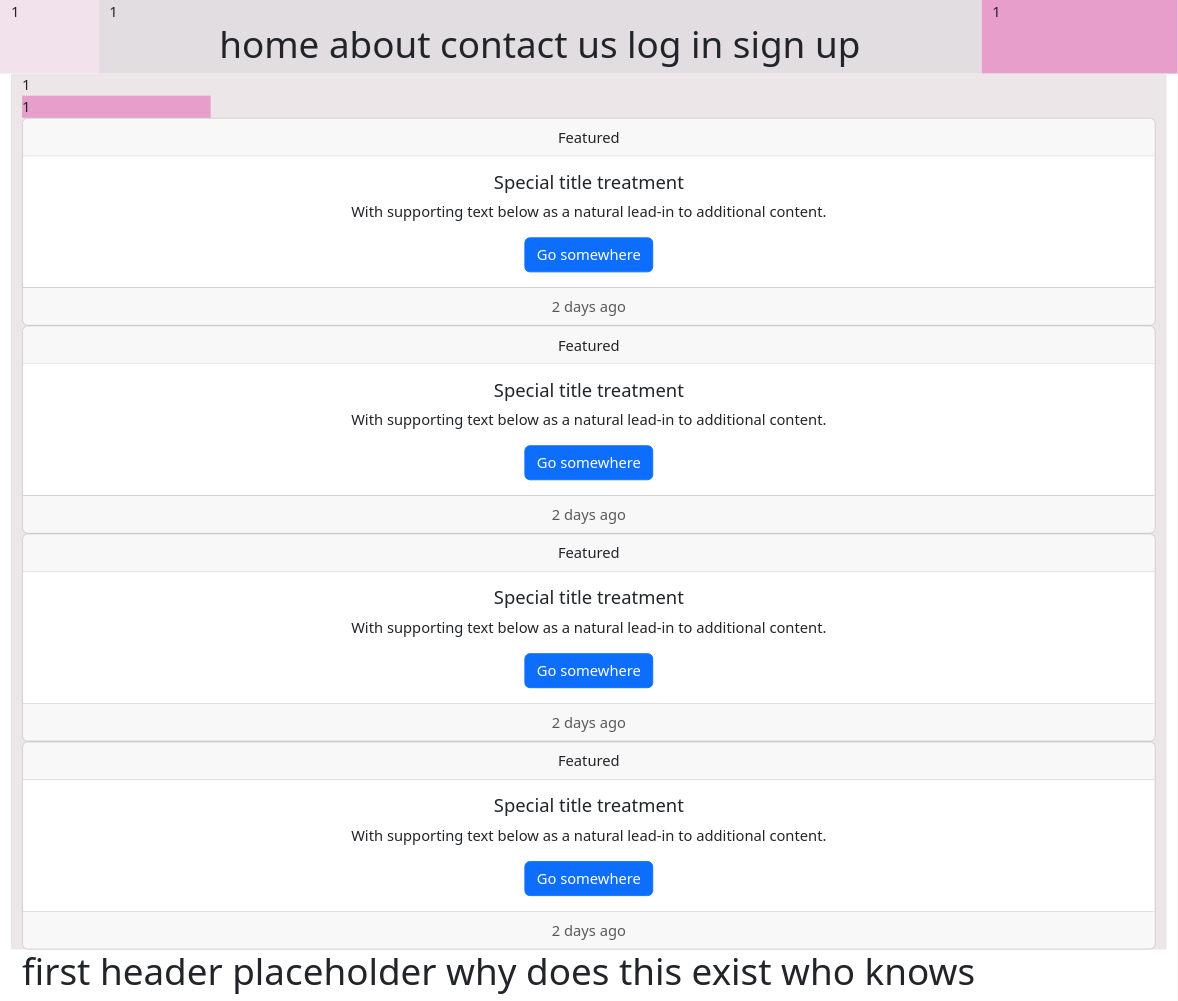
Repository: Treestr/classroom-assistant
Page: templates/homepage.html
These files come from the project's save history. The page is drawn as it stood at one moment and after a run of saves; the edit follows.
The browser window is 1280 px wide. The pictures show the whole page, at 92% of full size.
The template is drawn by Flask 3. The application's start-up code is not run. Other server files are loaded and not shown. The template is opened directly, without the code that normally fills it, so the values that code supplies are empty.

Above is the page before, as saved 2024-04-21 22:05:43.

### templates/homepage.html
<!DOCTYPE html>
<html lang="en">
  <head>
    <meta charset="utf-8" />
    <meta name="viewport" content="width=device-width, initial-scale=1" />
    <title>Bootstrap demo</title>
    <link
      href="https://cdn.jsdelivr.net/npm/bootstrap@5.3.3/dist/css/bootstrap.min.css"
      rel="stylesheet"
      integrity="sha384-QWTKZyjpPEjISv5WaRU9OFeRpok6YctnYmDr5pNlyT2bRjXh0JMhjY6hW+ALEwIH"
      crossorigin="anonymous"
    />
  </head>
  <body>
    <div class="container-fluid">


        <!-- first row -->
      <div class="row">
        <div class="col-1" style="background-color: rgb(242, 226, 236)">1</div>
          <div class="col-9" style="background-color: rgb(226, 221, 224)">1
          <h1><center>home about contact us log in sign up </center></h1>
        </div>
           <div class="col-2" style="background-color: rgb(232, 158, 202)">1</div>
      </div>

      <!-- second container -->
      <div class="container-fluid">
    <div class="row">
        <div class="col-12" style="background-color: rgb(236, 230, 233)">1
            <div class="col-2" style="background-color: rgb(232, 158, 202)">1</div>





<div class="card text-center">
  <div class="card-header">
    Featured
  </div>
  <div class="card-body">
    <h5 class="card-title">Special title treatment</h5>
    <p class="card-text">With supporting text below as a natural lead-in to additional content.</p>
    <a href="#" class="btn btn-primary">Go somewhere</a>
  </div>
  <div class="card-footer text-body-secondary">
    2 days ago
  </div>
</div>

<div class="card text-center">
  <div class="card-header">
    Featured
  </div>
  <div class="card-body">
    <h5 class="card-title">Special title treatment</h5>
    <p class="card-text">With supporting text below as a natural lead-in to additional content.</p>
    <a href="#" class="btn btn-primary">Go somewhere</a>
  </div>
  <div class="card-footer text-body-secondary">
    2 days ago
  </div>
</div>

<div class="card text-center">
  <div class="card-header">
    Featured
  </div>
  <div class="card-body">
    <h5 class="card-title">Special title treatment</h5>
    <p class="card-text">With supporting text below as a natural lead-in to additional content.</p>
    <a href="#" class="btn btn-primary">Go somewhere</a>
  </div>
  <div class="card-footer text-body-secondary">
    2 days ago
  </div>
</div>
<div class="card text-center">
  <div class="card-header">
    Featured
  </div>
  <div class="card-body">
    <h5 class="card-title">Special title treatment</h5>
    <p class="card-text">With supporting text below as a natural lead-in to additional content.</p>
    <a href="#" class="btn btn-primary">Go somewhere</a>
  </div>
  <div class="card-footer text-body-secondary">
    2 days ago
  </div>
</div>





        </div>

    </div>
    <h1>first header placeholder why does this exist who knows</h1>
    <script
      src="https://cdn.jsdelivr.net/npm/bootstrap@5.3.3/dist/js/bootstrap.bundle.min.js"
      integrity="sha384-YvpcrYf0tY3lHB60NNkmXc5s9fDVZLESaAA55NDzOxhy9GkcIdslK1eN7N6jIeHz"
      crossorigin="anonymous"
    ></script>
    <script
      src="https://cdn.jsdelivr.net/npm/@popperjs/core@2.11.8/dist/umd/popper.min.js"
      integrity="sha384-I7E8VVD/ismYTF4hNIPjVp/Zjvgyol6VFvRkX/vR+Vc4jQkC+hVqc2pM8ODewa9r"
      crossorigin="anonymous"
    ></script>
    <script
      src="https://cdn.jsdelivr.net/npm/bootstrap@5.3.3/dist/js/bootstrap.min.js"
      integrity="sha384-0pUGZvbkm6XF6gxjEnlmuGrJXVbNuzT9qBBavbLwCsOGabYfZo0T0to5eqruptLy"
      crossorigin="anonymous"
    ></script>
  </body>
</html>

After the next 2 saves:
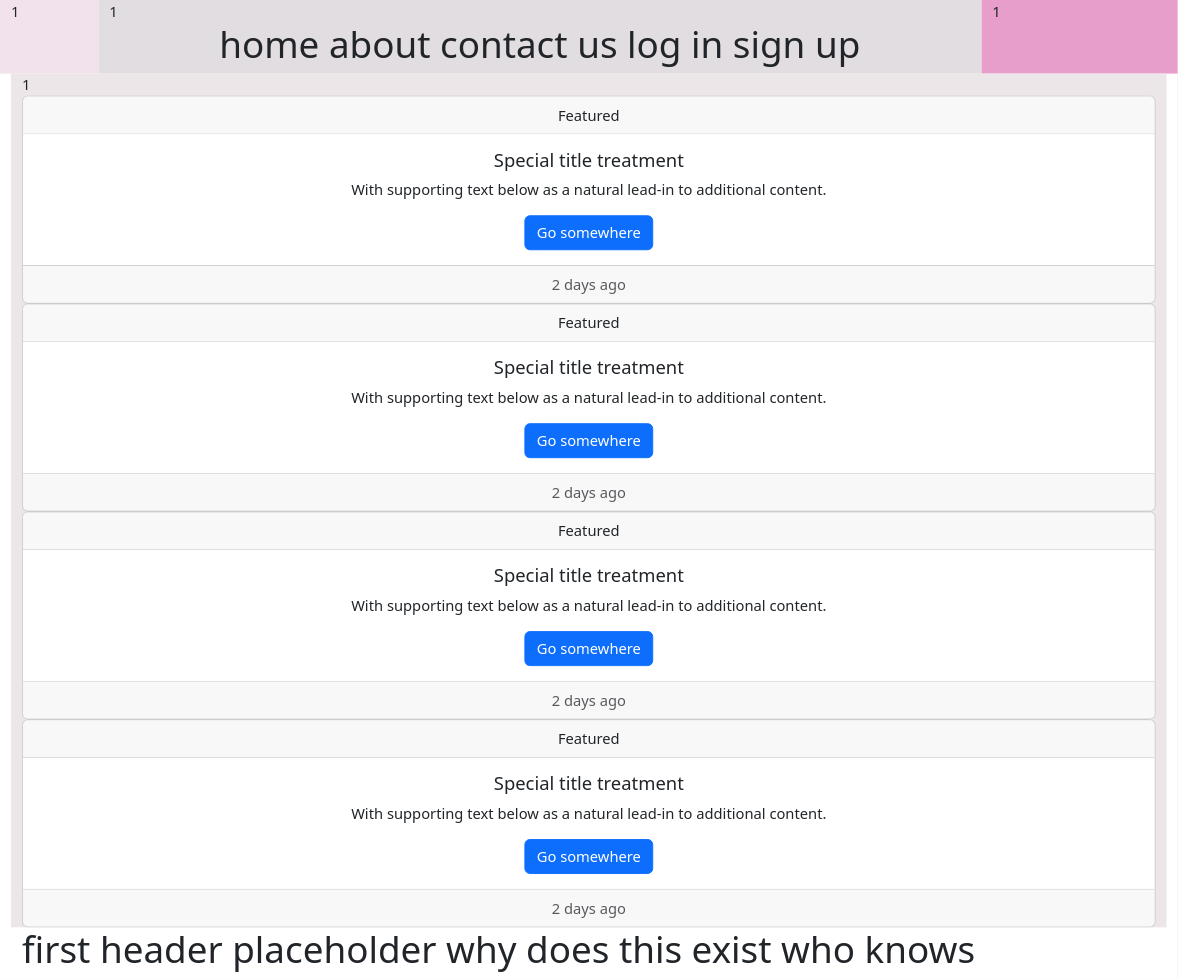
The 2 saves are shown as one change because they came seconds apart.
The last was saved 3 min 8 s later.
--- a/templates/homepage.html
+++ b/templates/homepage.html
@@ -28,7 +28,6 @@
       <div class="container-fluid">
     <div class="row">
         <div class="col-12" style="background-color: rgb(236, 230, 233)">1
-            <div class="col-2" style="background-color: rgb(232, 158, 202)">1</div>
 
 
 
